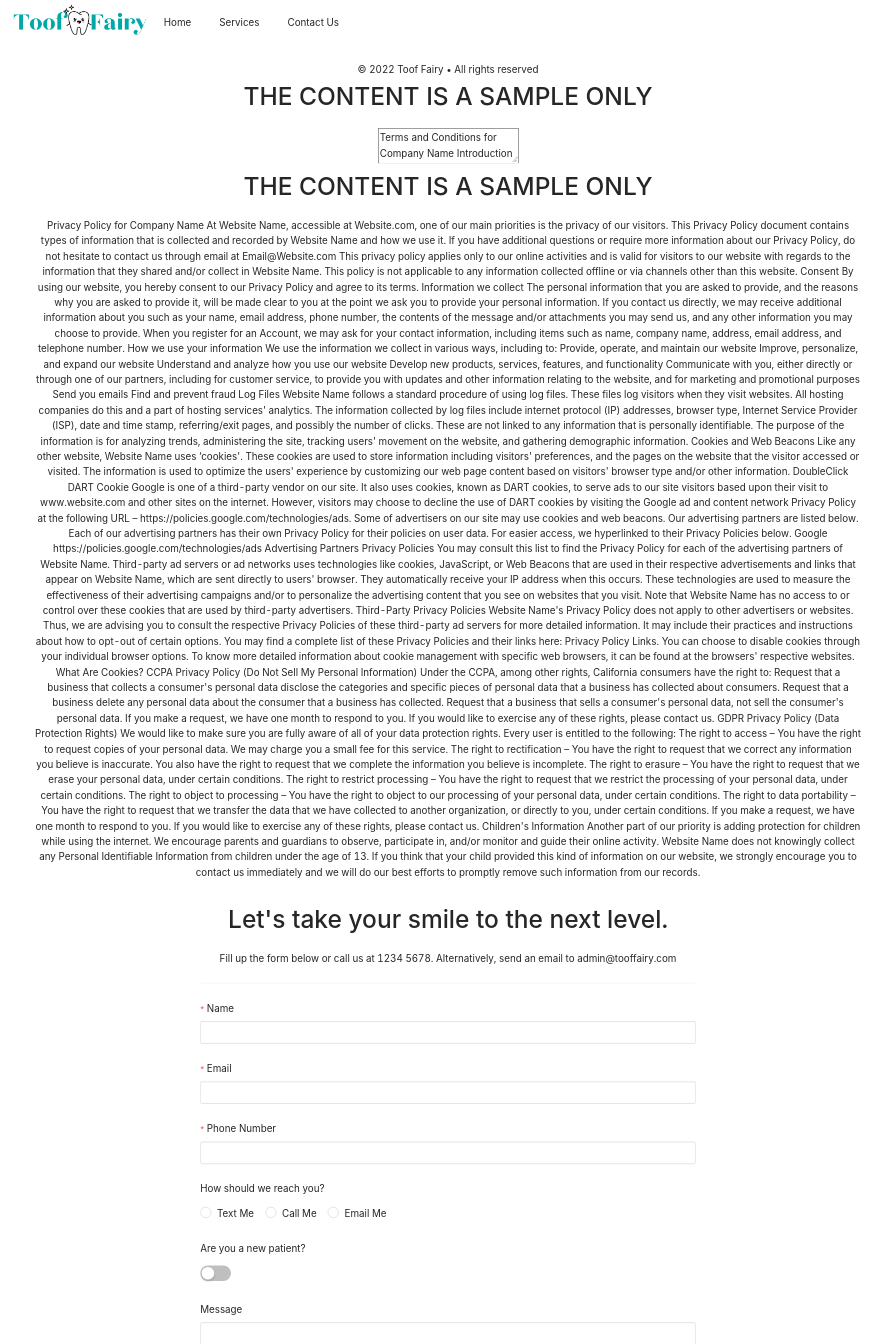
Repository: neldad1/dentist-app
Page: /cosmetic
The author's editor kept a copy of each file at every save. The page is drawn from the files as they stood at one save, then again after the next save.
The browser window is 1280 px wide. The pictures show the part of the page from y = 0 to 1920 px (the page is 3248 px tall), at 70% of full size.
The project was rebuilt for these pictures with package versions that can differ from the ones it lists, and the page was loaded fresh each time. Also part of the build but not shown: src/components/Home.jsx, src/components/Services/Restorative.jsx, src/components/Services/Preventative.jsx.

Above is the page before, as saved 2022-03-10 13:39:42.

### public/index.html
<!DOCTYPE html>
<html lang="en">
  <head>
    <meta charset="utf-8" />
    <link rel="icon" href="%PUBLIC_URL%/favicon.svg" type="image/svg+xml">
    <meta name="viewport" content="width=device-width, initial-scale=1" />
    <meta name="theme-color" content="#000000" />
    <meta
      name="description"
      content="Web site created using create-react-app"
    />
    <link rel="apple-touch-icon" href="%PUBLIC_URL%/logo192.png" />
    <!--
      manifest.json provides metadata used when your web app is installed on a
      user's mobile device or desktop. See https://developers.google.com/web/fundamentals/web-app-manifest/
    -->
    <link rel="manifest" href="%PUBLIC_URL%/manifest.json" />
    <!--
      Notice the use of %PUBLIC_URL% in the tags above.
      It will be replaced with the URL of the `public` folder during the build.
      Only files inside the `public` folder can be referenced from the HTML.

      Unlike "/favicon.ico" or "favicon.ico", "%PUBLIC_URL%/favicon.ico" will
      work correctly both with client-side routing and a non-root public URL.
      Learn how to configure a non-root public URL by running `npm run build`.
    -->
    <title>React App</title>
  </head>
  <body>
    <noscript>You need to enable JavaScript to run this app.</noscript>
    <div id="root"></div>
    <!--
      This HTML file is a template.
      If you open it directly in the browser, you will see an empty page.

      You can add webfonts, meta tags, or analytics to this file.
      The build step will place the bundled scripts into the <body> tag.

      To begin the development, run `npm start` or `yarn start`.
      To create a production bundle, use `npm run build` or `yarn build`.
    -->
  </body>
</html>

### src/App.css

h1 {
  font-size: 2.5em;
}

.layout {
  height: 100vh;
  width: 100vw;
  text-align: center;
  background: #fff;
}

.header {
  background: #fff;
  padding: 0 1em;
}

.menu {
  background: #fff;
  border: none;
  outline: none;
}

.logo {
  width: 200px;
  height: 50px;
  float: left;
  margin-top: 4px;
}

.footer {
  background: #fff;
}

.intro-wrapper {
  text-align: center;
}

.home {
  width: 100%;
  height: 100%;
  margin: 2em 0;
  display: flex;
  justify-content: center;
  align-items: center;
  background-image: url('/public/tfBackground.jpg');
  background-size: cover;
  background-repeat: no-repeat;
}

.content-wrapper {
  width: 50%;
  font-family: 'Segoe UI', sans-serif;
  margin-left: 10em;
  color: whitesmoke;
  display: block;
}
.tagline1 {
  font-weight: bolder;
  font-size: 2em;
  margin: 0;
  line-height: 1;
}

.contact-form {
  text-align: left;
}

.main-content {
  height: 100%;
  width: 60%;
  overflow-y: scroll;
  display: block;
  margin: 2em auto;
}

.service-info {
  display: flex;
  text-align: left;
  margin-bottom: 1em;
  align-items: center;
}

.service-definition {
  margin-left: 1.5em;
}

@media screen and (max-width: 768px) {
  .main-content {
    width: 100%;
    margin: 0.5em;
  }
}

### src/components/Header/Navigation.jsx
import { Link } from 'react-router-dom';
import { Menu } from 'antd';
const { SubMenu } = Menu;

const Navigation = () => {
  return (
    <Menu mode="horizontal" className="menu">
      <Menu.Item key="home">
        <span>Home</span>
        <Link to="/" />
      </Menu.Item>
      <SubMenu key="subMenu" title="Services">
        <Menu.Item key="cosmetic">
          <span>Cosmetic</span>
          <Link to="/cosmetic" />
        </Menu.Item>
        <Menu.Item key="restore">
          <span>Restorative</span>
          <Link to="/restorative" />
        </Menu.Item>
        <Menu.Item key="prevent">
          <span>Preventative</span>
          <Link to="/preventative" />
        </Menu.Item>
      </SubMenu>
      <Menu.Item key="contact">
        <span>Contact Us</span>
        <Link to="/contact" />
      </Menu.Item>
    </Menu>
  );
};

export default Navigation;

### src/AppRoutes.jsx
import { Route, Routes } from 'react-router-dom';
import Home from './components/Home';
import Contact from './components/Contact';
import Cosmetic from './components/Services/Cosmetic';
import Restorative from './components/Services/Restorative';
import Preventative from './components/Services/Preventative';

const AppRoutes = () => {
  return (
    <Routes>
      <Route exact path="/" element={<Home />} />
      <Route path="/cosmetic" element={<Cosmetic />} />
      <Route path="/restorative" element={<Restorative />} />
      <Route path="/preventative" element={<Preventative />} />
      <Route path="/contact" element={<Contact />} />
    </Routes>
  );
};

export default AppRoutes;

### src/components/Header/HeaderLogo.jsx
import { Link } from 'react-router-dom';

const HeaderLogo = () => {
  return (
    <Link to="/">
      <img className="logo" src={require('./tfLogo.png')} alt="TF" />
    </Link>
  );
};

export default HeaderLogo;

### src/components/Footer/Rights.jsx
const Rights = () => {
  return <span>© 2022 Toof Fairy • All rights reserved </span>;
};

export default Rights;

### src/components/Footer/Terms.jsx
const Terms = () => {
  return (
    <div>
      <h1>THE CONTENT IS A SAMPLE ONLY</h1>
      <textarea>
        Terms and Conditions for Company Name Introduction These Website
        Standard Terms and Conditions written on this webpage shall manage your
        use of our website, Webiste Name accessible at Website.com. These Terms
        will be applied fully and affect to your use of this Website. By using
        this Website, you agreed to accept all terms and conditions written in
        here. You must not use this Website if you disagree with any of these
        Website Standard Terms and Conditions. Minors or people below 18 years
        old are not allowed to use this Website. Intellectual Property Rights
        Other than the content you own, under these Terms, Company Name and/or
        its licensors own all the intellectual property rights and materials
        contained in this Website. You are granted limited license only for
        purposes of viewing the material contained on this Website. Restrictions
        You are specifically restricted from all of the following: publishing
        any Website material in any other media; selling, sublicensing and/or
        otherwise commercializing any Website material; publicly performing
        and/or showing any Website material; using this Website in any way that
        is or may be damaging to this Website; using this Website in any way
        that impacts user access to this Website; using this Website contrary to
        applicable laws and regulations, or in any way may cause harm to the
        Website, or to any person or business entity; engaging in any data
        mining, data harvesting, data extracting or any other similar activity
        in relation to this Website; using this Website to engage in any
        advertising or marketing. Certain areas of this Website are restricted
        from being access by you and Company Name may further restrict access by
        you to any areas of this Website, at any time, in absolute discretion.
        Any user ID and password you may have for this Website are confidential
        and you must maintain confidentiality as well. Your Content In these
        Website Standard Terms and Conditions, “Your Content” shall mean any
        audio, video text, images or other material you choose to display on
        this Website. By displaying Your Content, you grant Company Name a
        non-exclusive, worldwide irrevocable, sub licensable license to use,
        reproduce, adapt, publish, translate and distribute it in any and all
        media. Your Content must be your own and must not be invading any
        third-party's rights. Company Name reserves the right to remove any of
        Your Content from this Website at any time without notice. No warranties
        This Website is provided “as is,” with all faults, and Company Name
        express no representations or warranties, of any kind related to this
        Website or the materials contained on this Website. Also, nothing
        contained on this Website shall be interpreted as advising you.
        Limitation of liability In no event shall Company Name, nor any of its
        officers, directors and employees, shall be held liable for anything
        arising out of or in any way connected with your use of this Website
        whether such liability is under contract. Company Name, including its
        officers, directors and employees shall not be held liable for any
        indirect, consequential or special liability arising out of or in any
        way related to your use of this Website. Indemnification You hereby
        indemnify to the fullest extent Company Name from and against any and/or
        all liabilities, costs, demands, causes of action, damages and expenses
        arising in any way related to your breach of any of the provisions of
        these Terms. Severability If any provision of these Terms is found to be
        invalid under any applicable law, such provisions shall be deleted
        without affecting the remaining provisions herein. Variation of Terms
        Company Name is permitted to revise these Terms at any time as it sees
        fit, and by using this Website you are expected to review these Terms on
        a regular basis. Assignment The Company Name is allowed to assign,
        transfer, and subcontract its rights and/or obligations under these
        Terms without any notification. However, you are not allowed to assign,
        transfer, or subcontract any of your rights and/or obligations under
        these Terms. Entire Agreement These Terms constitute the entire
        agreement between Company Name and you in relation to your use of this
        Website, and supersede all prior agreements and understandings.
        Governing Law & Jurisdiction These Terms will be governed by and
        interpreted in accordance with the laws of the State of Country, and you
        submit to the non-exclusive jurisdiction of the state and federal courts
        located in Country for the resolution of any disputes.
      </textarea>
    </div>
  );
};

export default Terms;

### src/components/Contact.jsx
import { Form, Input, Button, Switch, Radio, Divider } from 'antd';

const layout = {
  labelCol: {
    span: 8,
  },
  wrapperCol: {
    span: 16,
  },
};

/* eslint-disable no-template-curly-in-string */

/* const validateMessages = {
  required: '${label} is required!',
  types: {
    email: '${label} is not a valid email!',
    number: '${label} is not a valid number!',
  },
  number: {
    len: '${label} must have 10 numbers',
  },
}; */
/* eslint-enable no-template-curly-in-string */

const Contact = () => {
  const onFinish = (values) => {
    values.preventDefault();
    console.log('Submitted');
  };

  return (
    <div className="main-content">
      <div>
        <h1>Let's take your smile to the next level.</h1>
        <p>
          Fill up the form below or call us at 1234 5678. Alternatively, send an
          email to admin@tooffairy.com
        </p>
      </div>
      <Divider />
      <Form
        className="contact-form"
        layout="vertical"
        name="nest-messages"
        onSubmit={onFinish}
      >
        <Form.Item
          name={['user', 'name']}
          label="Name"
          rules={[
            {
              required: true,
              message: 'Name is required.',
            },
          ]}
        >
          <Input />
        </Form.Item>
        <Form.Item
          name={['user', 'email']}
          label="Email"
          rules={[
            {
              type: 'email',
              required: true,
              message: 'Email is required.',
            },
          ]}
        >
          <Input />
        </Form.Item>
        <Form.Item
          name="phone"
          label="Phone Number"
          rules={[
            {
              required: true,
              len: 10,
              message: 'Phone is required.',
            },
          ]}
        >
          <Input
            type="number"
            controls={false}
            style={{
              width: '100%',
            }}
          />
        </Form.Item>
        <Form.Item name="radio-group" label="How should we reach you?">
          <Radio.Group>
            <Radio value="a">Text Me</Radio>
            <Radio value="b">Call Me</Radio>
            <Radio value="c">Email Me</Radio>
          </Radio.Group>
        </Form.Item>
        <Form.Item
          name="switch"
          label="Are you a new patient?"
          valuePropName="checked"
        >
          <Switch />
        </Form.Item>
        <Form.Item name={['user', 'Message']} label="Message">
          <Input.TextArea />
        </Form.Item>
        <Form.Item wrapperCol={{ ...layout.wrapperCol, offset: 8 }}>
          <Button type="primary" htmlType="submit">
            Submit
          </Button>
        </Form.Item>
      </Form>
    </div>
  );
};

export default Contact;

### src/components/Services/Cosmetic.jsx
import { Divider } from 'antd';
import ToofImg from './ToofImg';

const Cosmetic = () => {
  return (
    <div className="main-content">
      <div>
        <h1>Cosmetic Dentistry</h1>
        <p>
          At Toof Fairy, our doctors always aim for that head-turning smile.
        </p>
      </div>
      <Divider />
      <div className="service-info">
        <ToofImg />
        <div className="service-definition">
          <h2>Teeth Whitening</h2>
          <span>
            Tooth whitening or tooth bleaching is the process of lightening the
            color of human teeth.
          </span>
        </div>
      </div>
      <div className="service-info">
        <ToofImg />
        <div className="service-definition">
          <h2>Invisalign®</h2>
          <span>
            Invisalign® treatment is a series of clear plastic removable
            orthodontic aligners that gently move patients' teeth.{' '}
          </span>
        </div>
      </div>
      <div className="service-info">
        <ToofImg />
        <div className="service-definition">
          <h2>Gum Contouring</h2>
          <span>
            Gum contouring is a dental procedure which is conducted in order to
            improve the health and appearance of a smile.{' '}
          </span>
        </div>
      </div>
    </div>
  );
};

export default Cosmetic;

### src/components/Services/ToofImg.jsx
import { Image } from 'antd';

const ToofImg = () => {
  return (
    <div>
      <Image
        width={70}
        preview={false}
        src={require('./toof.png')}
        alt="toof"
      />
    </div>
  );
};

export default ToofImg;

### src/components/MenuItem.jsx
import { Link } from 'react-router-dom';
import { Menu } from 'antd';

const MenuItem = ({ name, link }) => {
  return (
    <Menu.Item key="name">
      <span>{name}</span>
      <Link to={link} />
    </Menu.Item>
  );
};

export default MenuItem;

Loaded but not shown: src/index.css (common file); src/reportWebVitals.js (common file); src/App.js (37 lines, source omitted); src/index.js (17 lines, source omitted); src/components/Footer/Privacy.jsx (120 lines, source omitted)

After the next save:
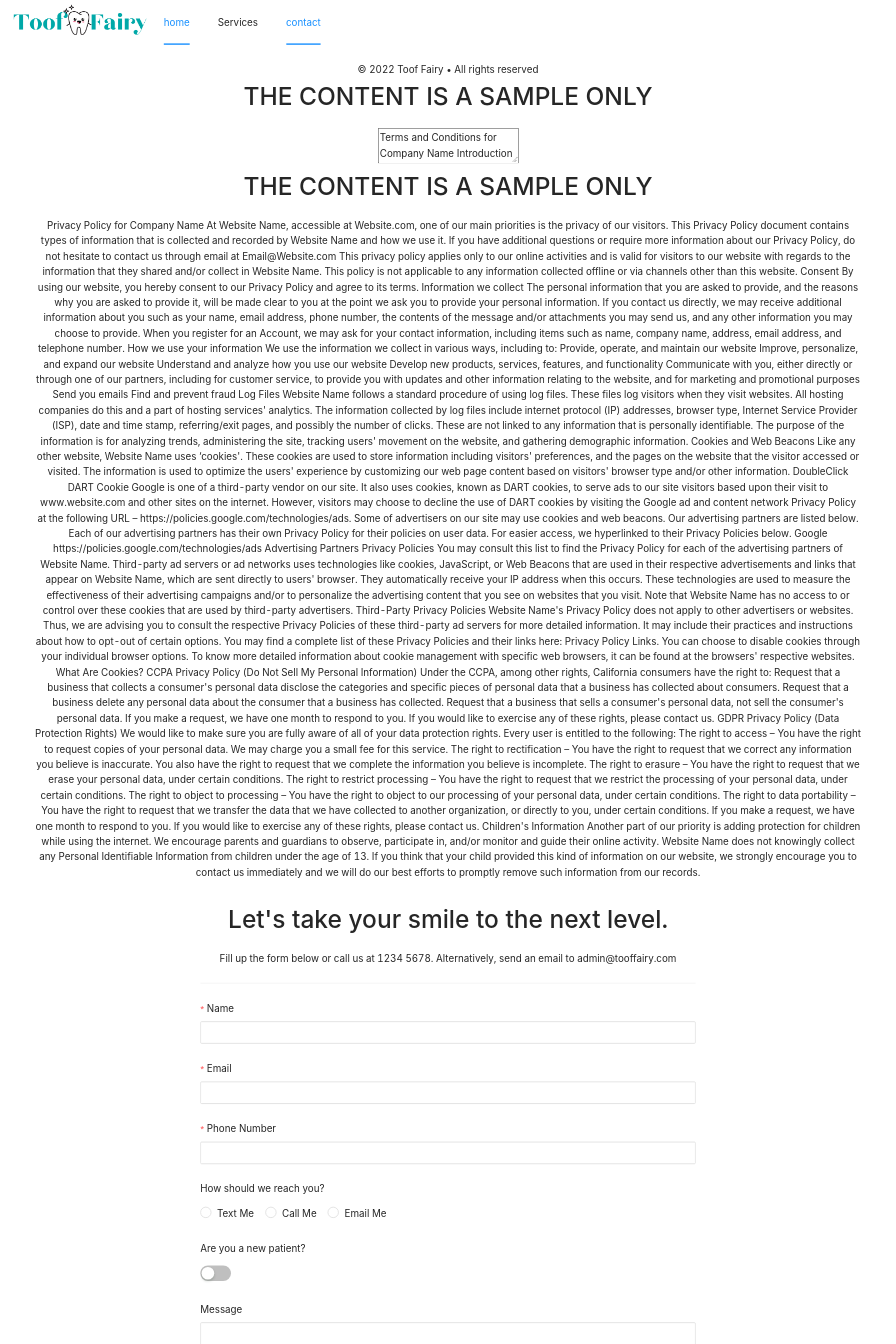
Saved 1 s later.
--- a/src/components/Header/Navigation.jsx
+++ b/src/components/Header/Navigation.jsx
@@ -1,32 +1,18 @@
 import { Link } from 'react-router-dom';
 import { Menu } from 'antd';
+import MenuItem from '../MenuItem';
 const { SubMenu } = Menu;
 
 const Navigation = () => {
   return (
     <Menu mode="horizontal" className="menu">
-      <Menu.Item key="home">
-        <span>Home</span>
-        <Link to="/" />
-      </Menu.Item>
+      <MenuItem name="home" />
       <SubMenu key="subMenu" title="Services">
-        <Menu.Item key="cosmetic">
-          <span>Cosmetic</span>
-          <Link to="/cosmetic" />
-        </Menu.Item>
-        <Menu.Item key="restore">
-          <span>Restorative</span>
-          <Link to="/restorative" />
-        </Menu.Item>
-        <Menu.Item key="prevent">
-          <span>Preventative</span>
-          <Link to="/preventative" />
-        </Menu.Item>
+        <MenuItem name="cosmetic" />
+        <MenuItem name="restorative" />
+        <MenuItem name="preventative" />
       </SubMenu>
-      <Menu.Item key="contact">
-        <span>Contact Us</span>
-        <Link to="/contact" />
-      </Menu.Item>
+      <MenuItem name="contact" link="/contac" />
     </Menu>
   );
 };
